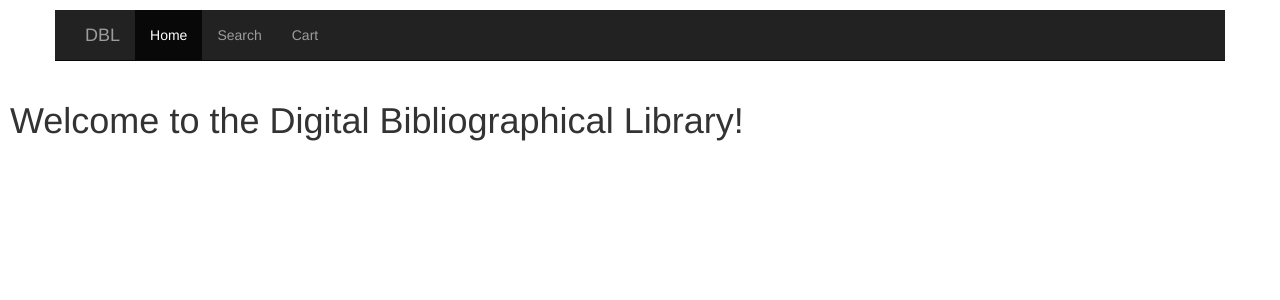
Repository: iancwwong/DigitalBibliographicalLibrary
Page: http://localhost/DigitalBibliographicLibrary/
An editor plug-in stored every save of this project. The page is shown before and after the next save, followed by the edit.
The browser window is 1280 px wide. The pictures show the whole page.
The page is served by Tomcat 9. Other server files are loaded and not shown.

Above is the page before, as saved 2016-08-25 07:55:47.

### DigitalBibliographicLibrary/WebContent/index.jsp
<%@ page language="java" contentType="text/html; charset=ISO-8859-1"
    pageEncoding="ISO-8859-1"%>
<!DOCTYPE html PUBLIC "-//W3C//DTD HTML 4.01 Transitional//EN" "http://www.w3.org/TR/html4/loose.dtd">
<html>
<head>

	<!--  Bootstrap meta tags  -->
    <meta charset="utf-8">
    <meta http-equiv="X-UA-Compatible" content="IE=edge">
    <meta name="viewport" content="width=device-width, initial-scale=1">

    <!--  Other heads -->
	<meta http-equiv="Content-Type" content="text/html; charset=ISO-8859-1">

	<title>DBL - Welcome</title>

	<!-- Bootstrap -->
    <link href="css/bootstrap.min.css" rel="stylesheet">

    <!--  Page styling -->
    <link href="css/general.css" rel="stylesheet">
    <link href="css/navbar.css" rel="stylesheet">

</head>
<body>
	<!-- Havbar -- >
	<%@ include file="include/navbar.html"%>

	<h1>Welcome to the Digital Bibliographical Library!</h1>

    <!-- ========= Bootstrap Core Javascript =========== -->
    <!-- jQuery (necessary for Bootstrap's JavaScript plugins) -->
    <script src="https://ajax.googleapis.com/ajax/libs/jquery/1.12.4/jquery.min.js"></script>
    <!-- Include all compiled plugins (below), or include individual files as needed -->
    <script src="js/bootstrap.min.js"></script>
</body>
</html>

### DigitalBibliographicLibrary/WebContent/include/navbar.html
<!--  This file contains the information of the navigation bar -->
<!-- Navbar content -->
<div class="navbar-wrapper">
  <div class="container">

    <nav class="navbar navbar-inverse navbar-static-top">
      <div class="container">
        <div class="navbar-header">
          <button type="button" class="navbar-toggle collapsed" data-toggle="collapse" data-target="#navbar" aria-expanded="false" aria-controls="navbar">
            <span class="sr-only">Toggle navigation</span>
            <span class="icon-bar"></span>
            <span class="icon-bar"></span>
            <span class="icon-bar"></span>
          </button>
          <a class="navbar-brand" href="/DigitalBibliographicLibrary/index.jsp">DBL</a>
        </div>
        <div id="navbar" class="navbar-collapse collapse">
          <ul class="nav navbar-nav">
            <li class="active"><a href="/DigitalBibliographicLibrary/index.jsp">Home</a></li>
            <li><a href="/DigitalBibliographicLibrary/search.jsp">Search</a></li>
            <li><a href="/DigitalBibliographicLibrary/cart.jsp">Cart</a></li>
          </ul>
        </div>
      </div>
    </nav>

  </div>
</div>

### DigitalBibliographicLibrary/WebContent/css/general.css
body {
	margin: 0;
	padding: 10px;
}

### DigitalBibliographicLibrary/WebContent/css/navbar.css
<!-- This file contains the stylings for the navigation bar -->

/* Special class on .container surrounding .navbar, used for positioning it into place. */
.navbar-wrapper {
  position: absolute;
  top: 0;
  right: 0;
  left: 0;
  z-index: 20;
}

/* Flip around the padding for proper display in narrow viewports */
.navbar-wrapper > .container {
  padding-right: 0;
  padding-left: 0;
}
.navbar-wrapper .navbar {
  padding-right: 15px;
  padding-left: 15px;
}
.navbar-wrapper .navbar .container {
  width: auto;
}

Loaded but not shown: DigitalBibliographicLibrary/WebContent/css/bootstrap.min.css (library); DigitalBibliographicLibrary/WebContent/js/bootstrap.min.js (library)

After the next save:
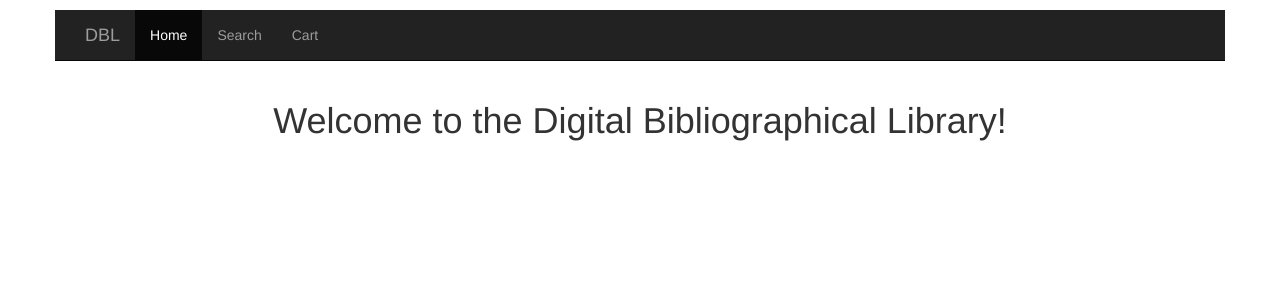
Saved 98 min 55 s later.
--- a/DigitalBibliographicLibrary/WebContent/index.jsp
+++ b/DigitalBibliographicLibrary/WebContent/index.jsp
@@ -26,7 +26,7 @@
 	<!-- Havbar -- >
 	<%@ include file="include/navbar.html"%>
 
-	<h1>Welcome to the Digital Bibliographical Library!</h1>
+	<h1><center>Welcome to the Digital Bibliographical Library!</h1>
 
     <!-- ========= Bootstrap Core Javascript =========== -->
     <!-- jQuery (necessary for Bootstrap's JavaScript plugins) -->
